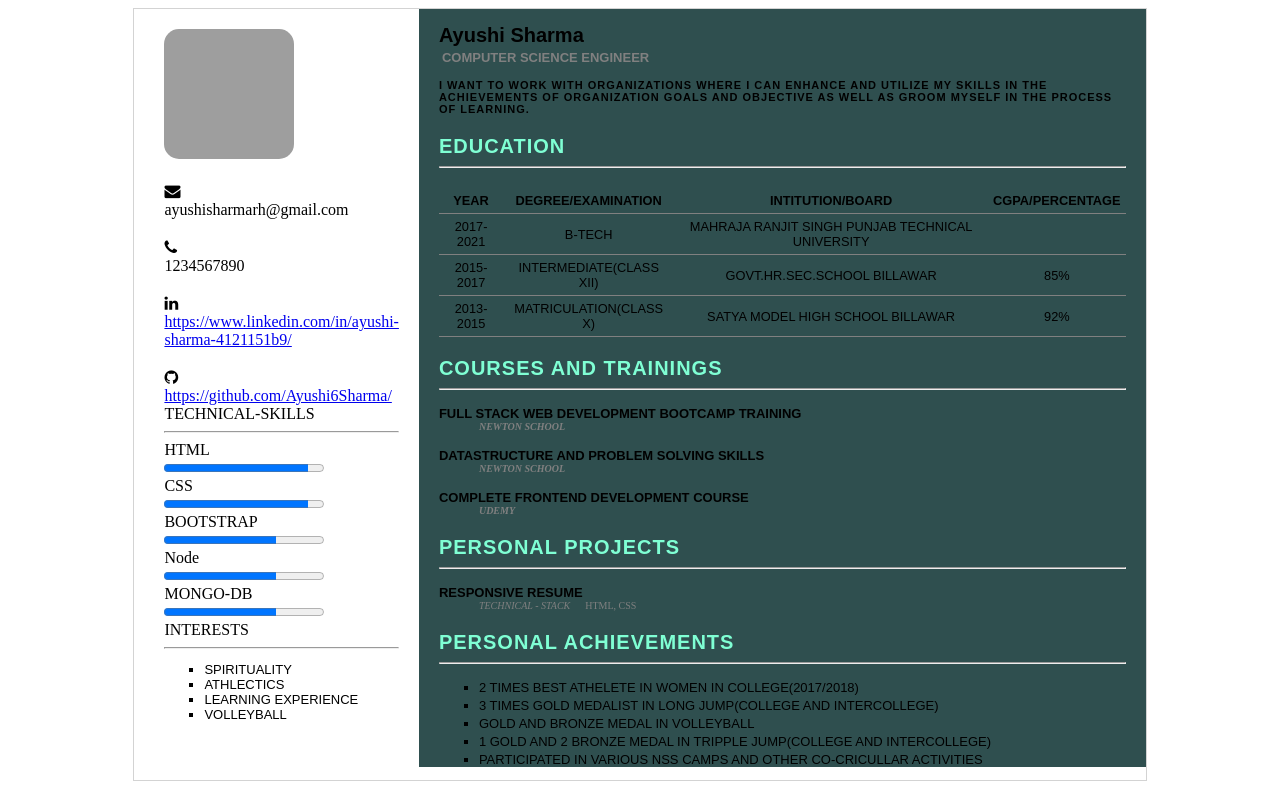
Repository: Ayushi6Sharma/Resume
Page: index.html
These files come from the project's save history. The page is drawn as it stood at one moment and after the next save; the edit follows.
The browser window is 1280 px wide. The pictures show the whole page.
Pictures or frames that could not be fetched are drawn as grey boxes.

Above is the page before, as saved 2022-05-04 16:50:42.

After the next save:
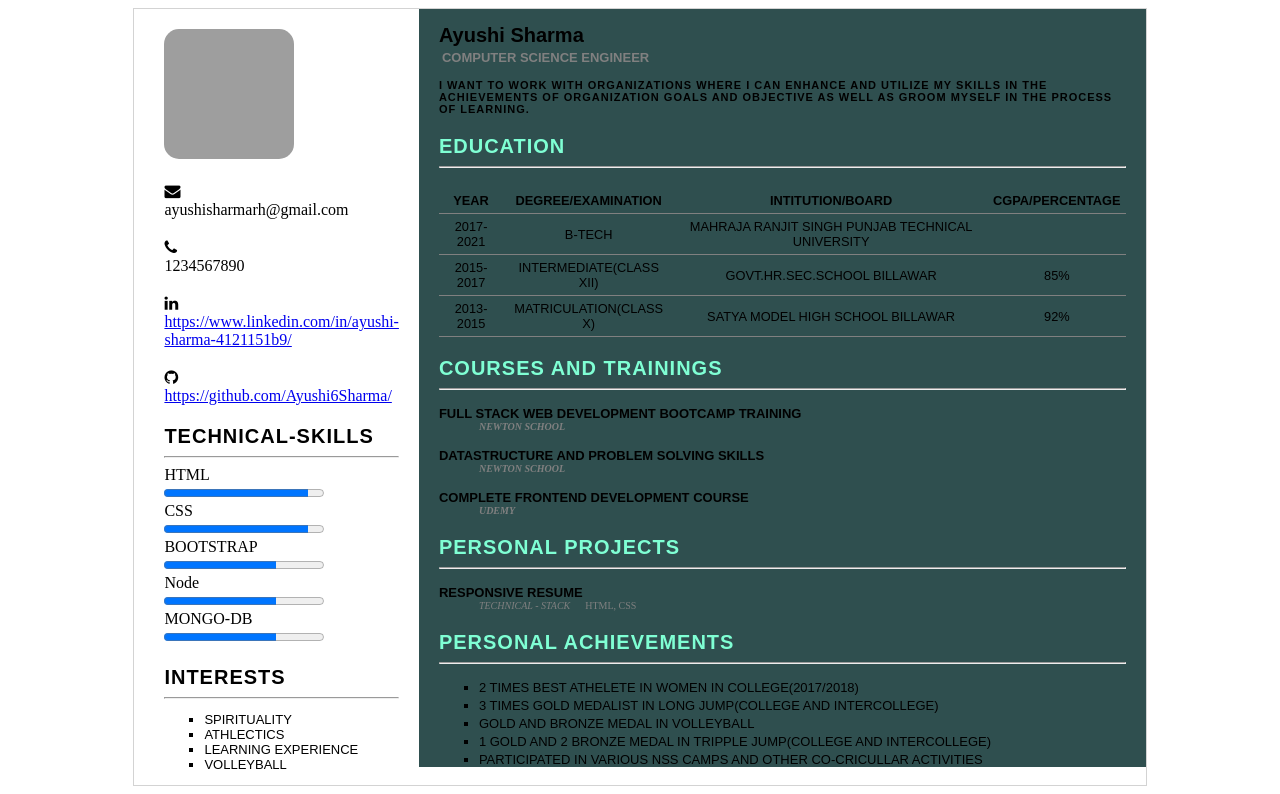
Saved 9 s later.
--- a/style.css
+++ b/style.css
@@ -31,7 +31,7 @@
     border-radius:15px;
 }
 /* technical skills */
-.title-right{
+.title{
     margin-top: 20px;
     font-weight: bold;
     font-size: 20px;
